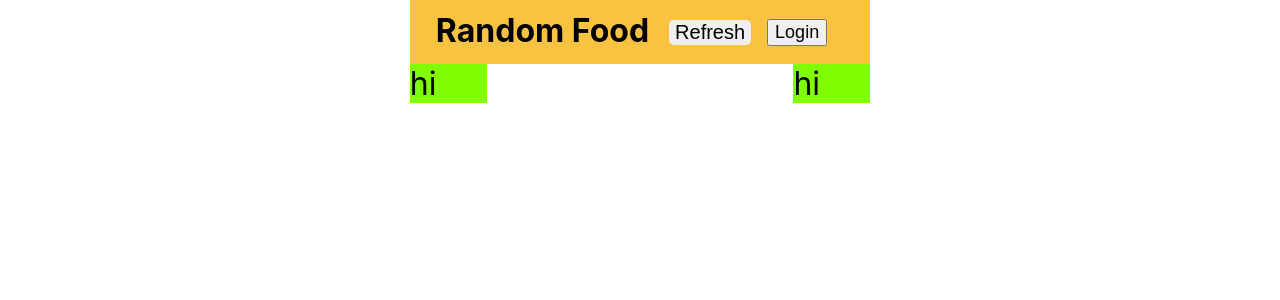
Repository: limjoohyun2030/random-food
Page: /random-food/home
These files come from the project's save history. The page is drawn as it stood at one moment and after the next save; the edit follows.
The browser window is 1280 px wide. The pictures show the whole page.
The page's requests for data from a server got no answer. The project was rebuilt for these pictures with package versions that can differ from the ones it lists, and the page was loaded fresh each time. A package was used in the major version that the imports need, not the one package.json lists. No one was signed in, and anything a server would have sent is missing. Also part of the build but not shown: src/components/food_detail/food_detail.module.css, src/components/food_detail/food_detail.jsx, src/components/food_item/food_item.module.css, src/components/food_item/food_item.jsx, src/components/login/login.module.css, src/components/login/login.jsx.

Above is the page before, as saved 2021-11-11 02:24:24.

After the next save:
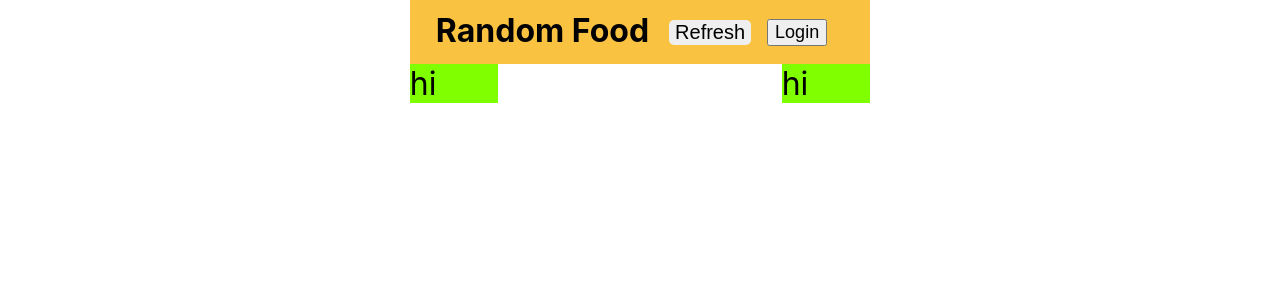
Saved 14 s later.
--- a/src/components/food_list/food_list.module.css
+++ b/src/components/food_list/food_list.module.css
@@ -16,13 +16,13 @@
 .sidebarLeft {
   background-color: chartreuse;
   font-size: 2em;
-  width: 20%;
+  width: 25%;
 }
 
 .sidebarRight {
   background-color: chartreuse;
   font-size: 2em;
-  width: 20%;
+  width: 25%;
 }
 
 @media screen and (max-width: 769px) {
